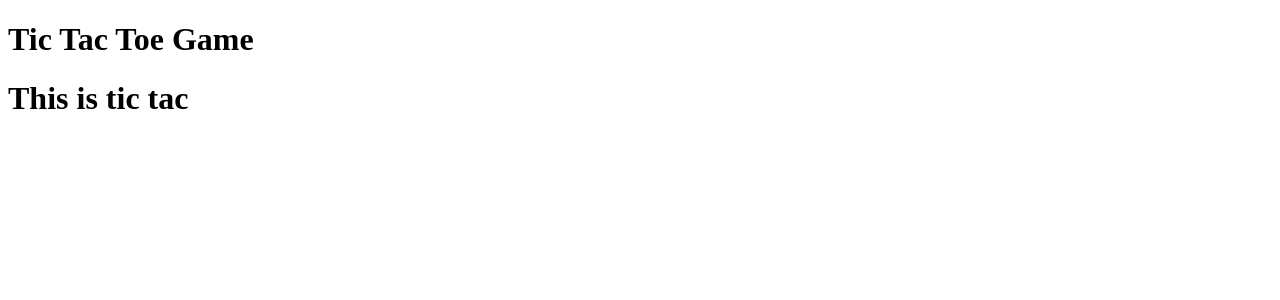
Repository: Wahid137/tic-tac-toe-game
Page: /
The author's editor kept a copy of each file at every save. The page is drawn from the files as they stood at one save, then again after the next save.
The browser window is 1280 px wide. The pictures show the whole page.
The project was rebuilt for these pictures with package versions that can differ from the ones it lists, and the page was loaded fresh each time. Also part of the build but not shown: vite.config.js, src/App.css, src/index.css.

Above is the page before, as saved 2023-09-18 00:46:31.

After the next save:
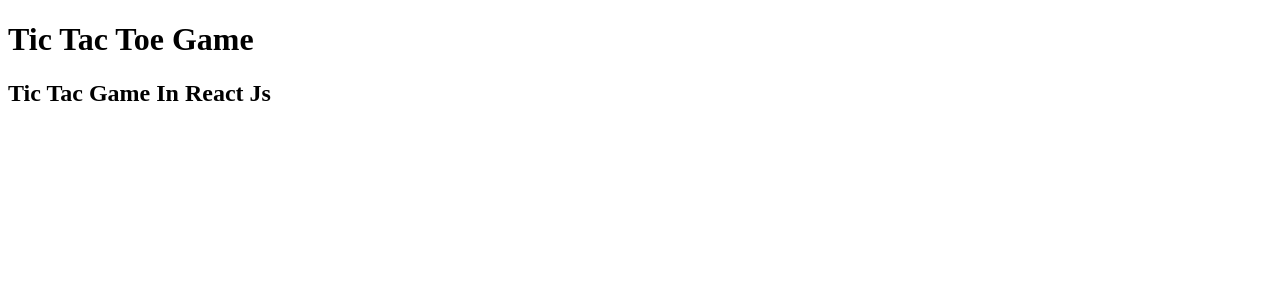
Saved 96 s later.
--- a/src/Game/TicTacToeGame.jsx
+++ b/src/Game/TicTacToeGame.jsx
@@ -1,8 +1,9 @@
 const TicTacToeGame = () => {
   return (
-    <div>
-      <h1>This is tic tac</h1>
-    </div>
+    <>
+      <h2>Tic Tac Game In React Js</h2>
+      <div className="board"></div>
+    </>
   );
 };
 
